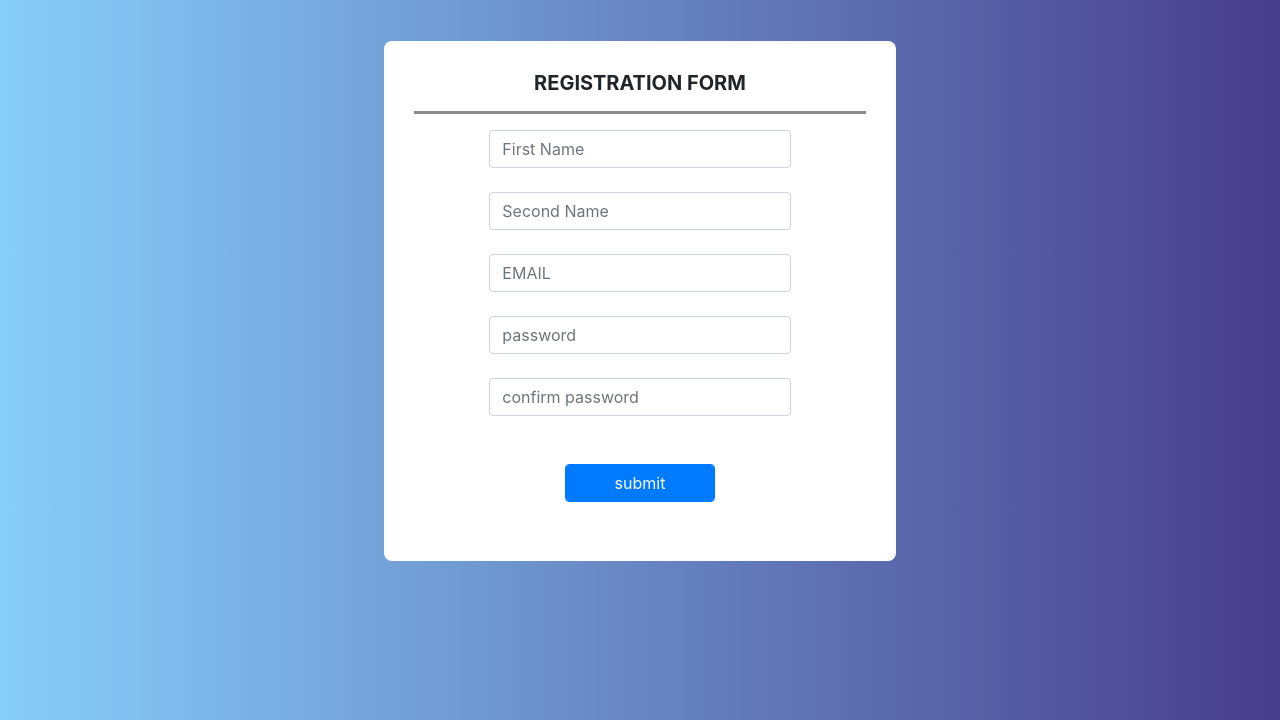
Repository: divyanshAgarwal123/SpringBasic
Page: http://localhost/SpringWebExample/
The author's editor kept a copy of each file at every save. The page is drawn from the files as they stood at one save, then again after the next save.
The browser window is 1280 px wide. The pictures show the whole page.
The page is served by Tomcat 9.

Above is the page before, as saved 2021-06-08 08:24:04.
Console error: SyntaxError: Unexpected token ':'

After the next save:
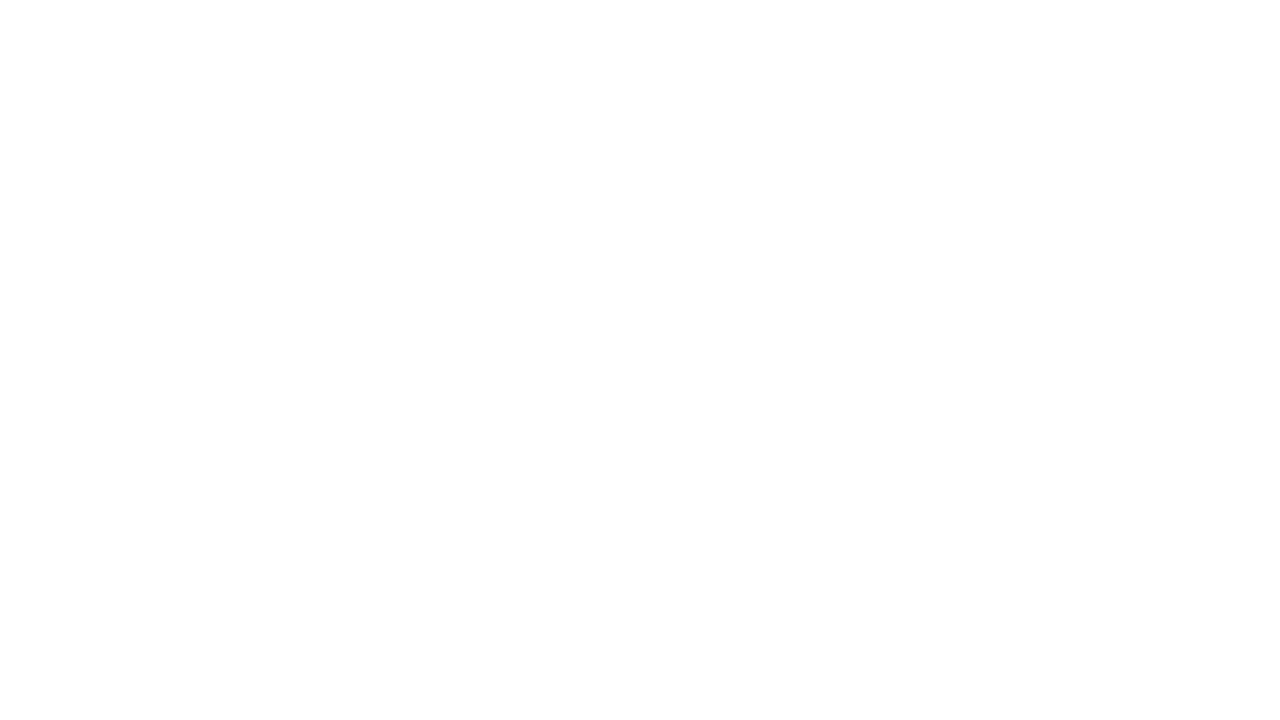
Saved 3 min 44 s later.
--- a/SpringWebExample/src/main/webapp/index.jsp
+++ b/SpringWebExample/src/main/webapp/index.jsp
@@ -77,38 +77,6 @@
 </script>
 </head>
 <body>
-<center>
 
-<div class="grad1">
-<div style = "position:relative;top:41px">
-<div class="border-0" style="border-radius:8px;height:520px;width:32em;backgrounD:white">
-<form action="hello" method="post">
-<div class="container">
-<h5><b>REGISTRATION FORM</b></H5>
-<hr class="style1">
-<div>
-<input type="text" id="userName" class="form-control col-lg-8" placeholder = "First Name" name="userMsg"><br>
-<span id="userMsg"> </span>
-<input type="text" class="form-control col-lg-8" placeholder="Second Name" name="u"><br>
-
-<input type="text" class="form-control col-lg-8" placeholder="EMAIL" name="email">
-
-</div>
-<div>
-<br><input type="password" class="form-control col-lg-8"placeholder="password" name="pass1">
-
-<br><input type="password" class="form-control col-lg-8"placeholder="confirm password" name="pass2"><br>
-
-</div>
-<br>
-<button id="btn" class="btn btn-primary form-control col-lg-4"> submit </button>
-
-</div>
-</div>
-</div>
-</div>
-</form>
-</div>
-</center>
 </body>
 </html>

After the 5 saves that followed:
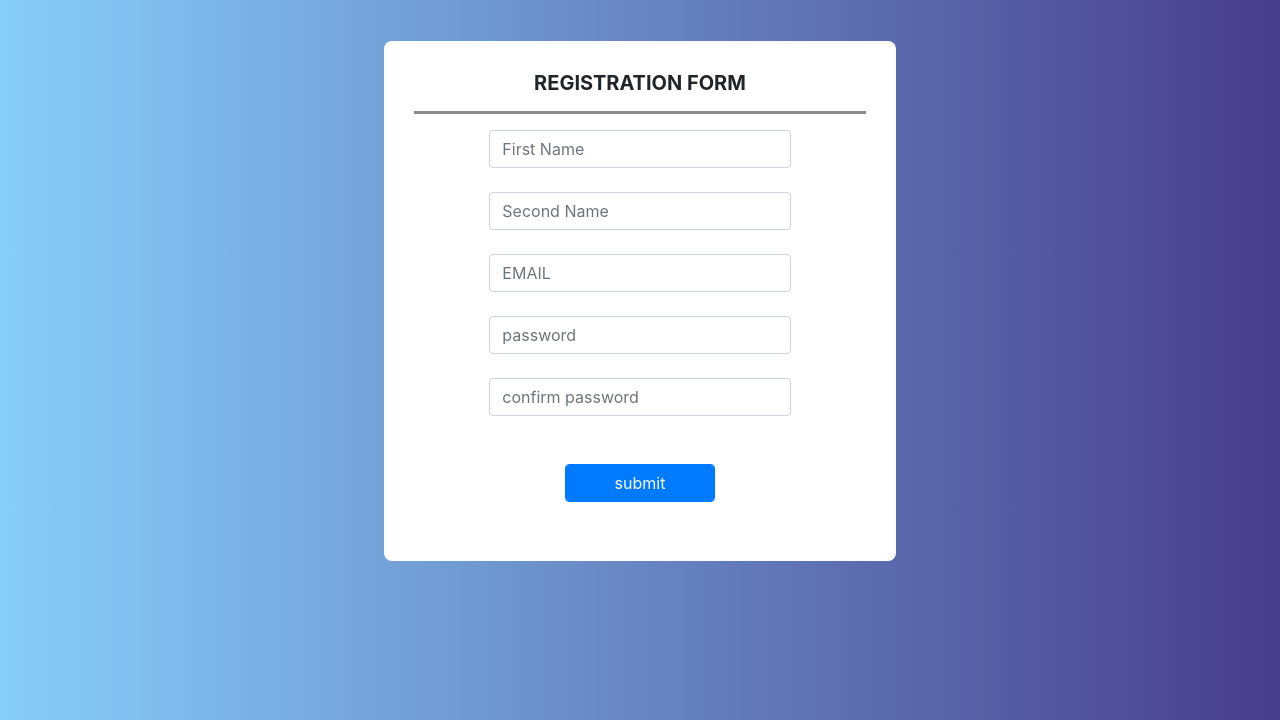
The 5 saves are shown as one change because 4 left the picture as it was.
The last was saved 13 min 16 s later.
--- a/SpringWebExample/src/main/webapp/index.jsp
+++ b/SpringWebExample/src/main/webapp/index.jsp
@@ -77,6 +77,38 @@
 </script>
 </head>
 <body>
+<center>
 
+<div class="grad1">
+<div style = "position:relative;top:41px">
+<div class="border-0" style="border-radius:8px;height:520px;width:32em;backgrounD:white">
+<form action="hello" method="post">
+<div class="container">
+<h5><b>REGISTRATION FORM</b></H5>
+<hr class="style1">
+<div>
+<input type="text" id="userName" class="form-control col-lg-8" placeholder = "First Name" name="userMsg"><br>
+<span id="userMsg"> </span>
+<input type="text" class="form-control col-lg-8" placeholder ="Second Name" name="u"><br>
+
+<input type="text" class="form-control col-lg-8"placeholder="EMAIL" name="email">
+
+</div>
+<div>
+<br><input type="password" class="form-control col-lg-8"placeholder="password" name="pass1">
+
+<br><input type="password" class="form-control col-lg-8"placeholder="confirm password" name="pass2"><br>
+
+</div>
+<br>
+<button id="btn" class="btn btn-primary form-control col-lg-4"> submit </button>
+
+</div>
+</div>
+</div>
+</div>
+</form>
+</div>
+</center>
 </body>
 </html>
